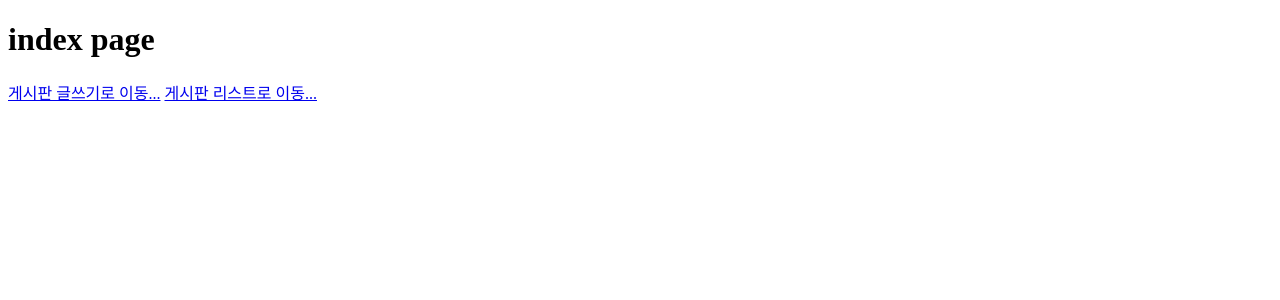
Repository: dfhdfhdfsza/_jsp_workspace3
Page: http://localhost/jsp_project/
These files come from the project's save history. The page is drawn as it stood at one moment and after the next save; the edit follows.
The browser window is 1280 px wide. The pictures show the whole page.
The page is served by Tomcat 9. Other server files are loaded and not shown.

Above is the page before, as saved 2023-09-12 11:38:25.

### jsp_project/src/main/webapp/index.jsp
<%@ page language="java" contentType="text/html; charset=UTF-8"
    pageEncoding="UTF-8"%>
<!DOCTYPE html>
<html>
<head>
<meta charset="UTF-8">
<title>Insert title here</title>
</head>
<body>
	<h1>index page</h1>
	<a href="/brd/register">게시판 글쓰기로 이동...</a>
	<a href="/brd/pageList">게시판 리스트로 이동...</a>
</body>
</html>

After the next save:
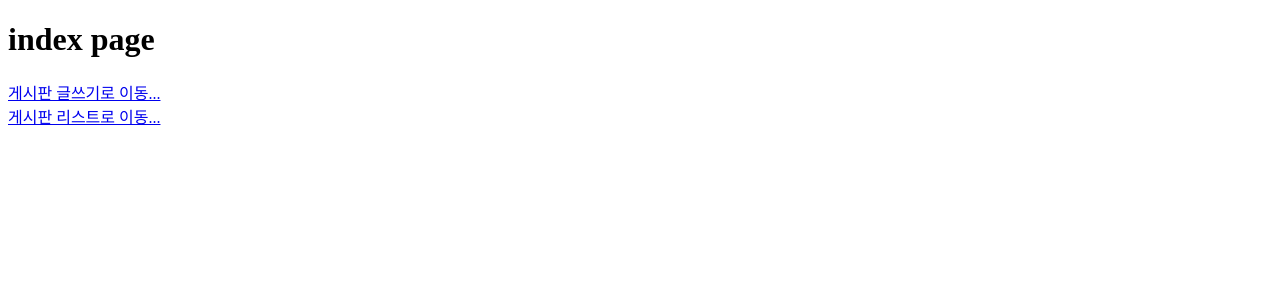
Saved 30 s later.
--- a/jsp_project/src/main/webapp/index.jsp
+++ b/jsp_project/src/main/webapp/index.jsp
@@ -8,7 +8,7 @@
 </head>
 <body>
 	<h1>index page</h1>
-	<a href="/brd/register">게시판 글쓰기로 이동...</a>
-	<a href="/brd/pageList">게시판 리스트로 이동...</a>
+	<a href="/brd/register">게시판 글쓰기로 이동...</a><br>
+	<a href="/brd/pageList">게시판 리스트로 이동...</a><br>
 </body>
 </html>
